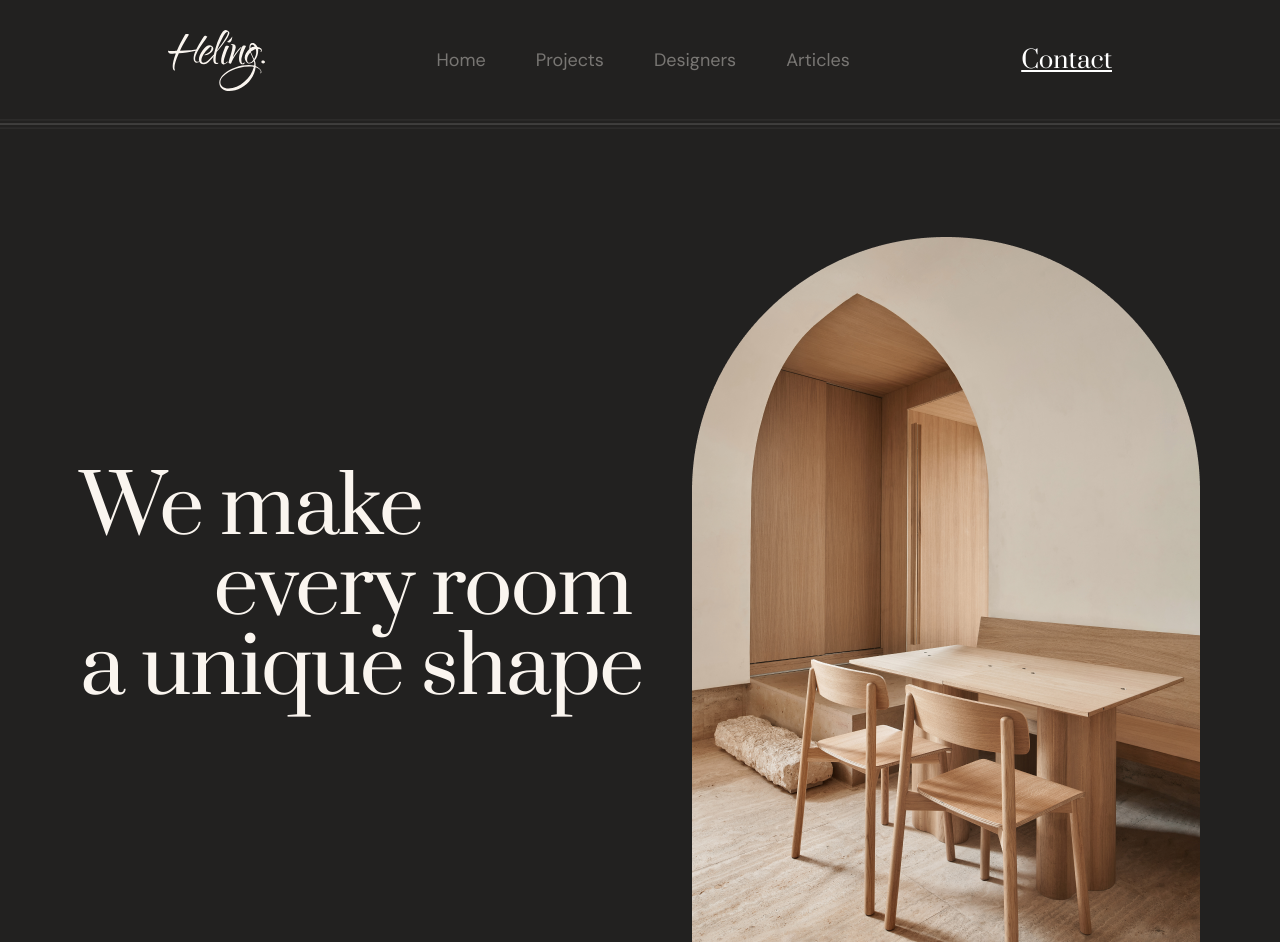
Repository: vandangnhathung/healingui_website
Page: /
These files come from the project's save history. The page is drawn as it stood at one moment and after a run of saves; the edit follows.
The browser window is 1280 px wide. The pictures show the whole page.
The project was rebuilt for these pictures with package versions that can differ from the ones it lists, and the page was loaded fresh each time.

Above is the page before, as saved 2022-03-16 13:32:13.

### src/App.js
import "./App.css";
import Container from "./components/Container/Container";
import Header from "./components/Header/Header";
function App() {
  return (
    <div className="max-w-[1600px]">
      <Header></Header>
      <Container></Container>
    </div>
  );
}

export default App;

### src/App.css
.App {
  text-align: center;
}

.App-logo {
  height: 40vmin;
  pointer-events: none;
}

@media (prefers-reduced-motion: no-preference) {
  .App-logo {
    animation: App-logo-spin infinite 20s linear;
  }
}

.App-header {
  background-color: #282c34;
  min-height: 100vh;
  display: flex;
  flex-direction: column;
  align-items: center;
  justify-content: center;
  font-size: calc(10px + 2vmin);
  color: white;
}

.App-link {
  color: #61dafb;
}

@keyframes App-logo-spin {
  from {
    transform: rotate(0deg);
  }
  to {
    transform: rotate(360deg);
  }
}

*,
*::before,
*::after {
  box-sizing: border-box;
}
* {
  margin: 0;
}

html,
body {
  height: 100%;
}
body {
  line-height: 1.5;
  -webkit-font-smoothing: antialiased;
  -webkit-tap-highlight-color: rgba(0, 0, 0, 0);
}

img,
picture,
video,
canvas,
svg {
  display: block;
  max-width: 100%;
}
input,
button,
textarea,
select {
  font: inherit;
  outline: none;
  border: none;
}
p,
h1,
h2,
h3,
h4,
h5,
h6 {
  overflow-wrap: break-word;
}

### src/components/Container/Container.js
import React from "react";
import styled from "styled-components";
import Image1 from "../../Images/Image1.png";
const Container = () => {
  const StyledContainer = styled.div`
    background-color: #222120;
    @import url("https://fonts.googleapis.com/css2?family=DM+Sans:wght@400;500;700&display=swap");
    font-family: "DM Sans", sans-serif;
    @import url("https://fonts.googleapis.com/css2?family=Prata&display=swap");
  `;
  const Container = styled.div`
    padding: 108px 80px 0;
    display: flex;
    align-items: center;
    justify-content: space-between;
    gap: 32px;
  `;
  const Slogan = styled.h2`
    letter-spacing: -0.02em;
    font-size: 80px;
    line-height: 1;
    font-family: "Prata", serif;
    color: #faf5ef;
    max-width: 725px;
    font-weight: 400;
  `;
  const Image1Div = styled.img`
    width: auto;
    height: auto;
  `;
  return (
    <StyledContainer>
      <Container>
        <div>
          <Slogan>
            We make <span className="opacity-0"></span>
            <div className="ml-[8.35rem]">every room</div>
            <span className=""></span> a unique shape
          </Slogan>
        </div>
        <div>
          <Image1Div src={Image1} alt="" />
        </div>
      </Container>
    </StyledContainer>
  );
};

export default Container;

### src/components/Header/Header.js
import React from "react";
import styled from "styled-components";
import headerLine from "../../Images/header-line.png";
const Header = () => {
  const StyledHeader = styled.div`
    background-color: #222120;
    @import url("https://fonts.googleapis.com/css2?family=DM+Sans:wght@400;500;700&display=swap");
    font-family: "DM Sans", sans-serif;
    @import url("https://fonts.googleapis.com/css2?family=Prata&display=swap");
  `;
  const Header = styled.div`
    display: flex;
    justify-content: space-between;
    align-items: center;
    padding: 30px 168px 28px;
  `;
  const ListNav = styled.ul`
    color: #faf5ef;
    opacity: 0.4;
    font-weight: 400;
    font-size: 18px;
    line-height: 0.6;
    display: flex;
    align-items: center;
    list-style: none;
    gap: 0 50px;
  `;
  const ItemNav = styled.li`
    cursor: pointer;
  `;
  const ContactDiv = styled.h3`
    font-family: "Prata", serif;
  `;
  return (
    <StyledHeader>
      <Header>
        <div>
          <svg
            width="97"
            height="61"
            viewBox="0 0 97 61"
            fill="none"
            xmlns="http://www.w3.org/2000/svg"
          >
            <path
              d="M0.241098 20.6943L1.38631 20.9951C5.56534 20.9951 8.05669 20.9349 8.86035 20.8146C11.1106 15.6009 13.8832 10.1667 17.1782 4.51183C17.4595 4.23109 18.1426 4.09073 19.2276 4.09073C20.3125 4.09073 20.855 4.35141 20.855 4.87278L17.9618 9.50493C15.5508 13.5957 13.5618 17.3254 11.9946 20.6943L21.9399 20.213C23.4267 20.1328 25.5162 19.8922 28.2085 19.4911C29.856 16.2827 31.6039 13.2147 33.4523 10.287C35.3008 7.3192 36.4661 5.8353 36.9483 5.8353C37.4305 5.8353 37.9327 5.95562 38.4551 6.19625C39.0177 6.39678 39.299 6.61736 39.299 6.85799C38.8569 7.45956 38.3547 8.14135 37.7921 8.90335C37.2697 9.66535 36.7272 10.4274 36.1647 11.1893C30.1372 19.2104 27.1235 25.1861 27.1235 29.1164C27.1235 30.9211 27.8468 31.8235 29.2934 31.8235L31.3427 31.5227C31.4633 31.5227 31.5236 31.5628 31.5236 31.643C31.5236 31.8435 31.1619 32.0641 30.4386 32.3047C29.7153 32.5855 29.1528 32.7258 28.7509 32.7258C27.8267 32.7258 27.0632 32.3248 26.4605 31.5227C25.8979 30.7206 25.6167 29.7179 25.6167 28.5148C25.6167 26.2288 26.2998 23.6621 27.666 20.8146C21.1563 22.3787 15.5508 23.1607 10.8494 23.1607C7.91605 29.6177 6.44937 34.4303 6.44937 37.5986C6.44937 38.5611 6.56992 39.263 6.81102 39.7041C7.05211 40.1453 7.17266 40.406 7.17266 40.4862C7.17266 40.5664 7.07221 40.6065 6.87129 40.6065C5.4247 40.6065 4.70141 39.1026 4.70141 36.0947C4.70141 33.0868 5.74617 28.8757 7.83568 23.4615C5.50507 23.622 3.87766 23.7022 2.95345 23.7022C0.984483 23.7022 0 22.7597 0 20.8748C0 20.7544 0.0803659 20.6943 0.241098 20.6943Z"
              fill="#FAF5EF"
            />
            <path
              d="M46.2833 24.1834C46.5244 24.1834 46.6449 24.2837 46.6449 24.4842C46.6449 24.6446 46.6047 24.8051 46.5244 24.9655C42.3052 31.1016 38.8092 34.1696 36.0366 34.1696C32.6211 34.1696 30.9133 32.5855 30.9133 29.4172C30.9133 26.9707 32.1188 24.003 34.5297 20.5138C36.9809 17.0247 39.3517 15.2801 41.6421 15.2801C42.6065 15.2801 43.4504 15.6009 44.1737 16.2426C44.9371 16.8442 45.3189 17.5861 45.3189 18.4684C45.3189 19.9924 44.3746 21.4964 42.486 22.9803C40.5974 24.4642 38.7691 25.2061 37.001 25.2061C36.6394 25.2061 36.4585 25.1259 36.4585 24.9655L36.6394 24.6647C41.2604 23.2209 43.5709 20.8547 43.5709 17.5661C43.5709 17.0848 43.4102 16.8442 43.0887 16.8442C42.6065 16.8442 41.8029 17.3054 40.6777 18.2278C38.7088 19.832 37.001 21.8373 35.5544 24.2436C34.1078 26.6499 33.3845 28.6752 33.3845 30.3195C33.3845 31.9638 34.0074 32.786 35.253 32.786C36.6594 32.786 38.2467 32.044 40.0147 30.5602C41.1398 29.5174 42.4458 28.1939 43.9326 26.5897C45.4595 24.9855 46.2431 24.1834 46.2833 24.1834Z"
              fill="#FAF5EF"
            />
            <path
              d="M49.0196 33.0868L49.984 32.786C50.1849 32.786 50.2854 32.8863 50.2854 33.0868C50.2854 33.7285 49.5822 34.0493 48.1758 34.0493C46.247 34.0493 45.2826 32.4451 45.2826 29.2367C45.2826 27.1111 45.9255 23.7423 47.2114 19.1302C48.4973 14.478 50.1247 10.1266 52.0936 6.07593C54.0626 2.02531 55.8307 0 57.3978 0C58.2818 0 59.1658 0.300787 60.0499 0.902364C60.9339 1.46384 61.3759 2.08547 61.3759 2.76726C61.3759 5.65483 57.1165 12.0717 48.5977 22.0177C47.9146 24.9855 47.573 27.5723 47.573 29.7781C47.573 31.9839 48.0552 33.0868 49.0196 33.0868ZM59.9293 2.58678C59.9293 2.10552 59.7887 1.86489 59.5074 1.86489C58.3019 1.86489 56.5539 4.01052 54.2635 8.30177C51.9731 12.5529 50.2251 16.6035 49.0196 20.4536C56.2928 10.9487 59.9293 4.9931 59.9293 2.58678Z"
              fill="#FAF5EF"
            />
            <path
              d="M64.165 6.73767C64.2454 6.73767 64.2856 6.83793 64.2856 7.03846L63.9842 8.78304C63.3814 11.2696 62.4572 12.5128 61.2116 12.5128C60.2873 12.5128 59.5641 12.2722 59.0417 11.7909C60.5686 10.7482 62.2764 9.06377 64.165 6.73767ZM61.0307 16.6035C59.7851 18.7291 58.5997 21.4362 57.4745 24.7248C56.3494 27.9734 55.7869 30.2193 55.7869 31.4625C55.7869 32.7058 56.048 33.3274 56.5704 33.3274C56.9321 33.3274 57.3942 33.1068 57.9567 32.6657C58.5193 32.2245 58.8609 31.9438 58.9814 31.8235C59.102 31.7032 59.2426 31.5828 59.4033 31.4625C59.5641 31.4625 59.6444 31.5427 59.6444 31.7032C59.6444 32.1844 59.0618 32.7459 57.8965 33.3876C56.7713 34.0694 55.9476 34.4103 55.4252 34.4103C53.8983 34.4103 53.1348 33.3074 53.1348 31.1016C53.1348 27.8129 54.3403 23.4214 56.7512 17.927C56.7512 17.7666 56.8517 17.4658 57.0526 17.0247C57.2937 16.5835 57.4745 16.3028 57.5951 16.1824C57.8764 15.9017 58.2581 15.7613 58.7403 15.7613C60.1467 15.7613 60.9102 16.0421 61.0307 16.6035Z"
              fill="#FAF5EF"
            />
            <path
              d="M78.0084 16.3629C78.0084 16.2025 77.9079 16.3028 77.707 16.6637C76.5819 18.7091 75.5773 21.1755 74.6933 24.0631C73.8092 26.9507 73.3672 28.8356 73.3672 29.7179C73.3672 32.1644 73.8092 33.3876 74.6933 33.3876C74.9745 33.3876 75.3362 33.187 75.7782 32.786C76.2604 32.425 76.4613 32.2446 76.381 32.2446C76.5015 32.2446 76.5618 32.405 76.5618 32.7258C76.5618 33.7686 75.959 34.2899 74.7535 34.2899C73.548 34.2899 72.6238 33.7485 71.9809 32.6657C71.338 31.6229 71.0165 30.119 71.0165 28.1538C71.0165 26.1887 71.5389 23.6019 72.5837 20.3935C73.6284 17.145 74.633 15.5207 75.5974 15.5207H75.8988C77.3052 15.5207 78.0084 15.8014 78.0084 16.3629ZM73.307 16.9645C73.3471 17.0046 73.3672 17.0848 73.3672 17.2051C73.3672 17.2853 73.2065 17.526 72.885 17.927C68.5453 23.1808 65.5315 27.6726 63.8439 31.4024L63.3014 32.9665C63.0603 33.4076 62.7589 33.6282 62.3973 33.6282C62.0356 33.6282 61.6338 33.5279 61.1918 33.3274C60.7498 33.1269 60.5288 32.8863 60.5288 32.6055C60.5288 31.9237 61.1918 29.5174 62.5178 25.3866C63.8439 21.2156 64.5069 18.0874 64.5069 16.002C64.5069 15.4405 64.3662 15.0996 64.085 14.9793C63.8037 14.859 63.5224 14.8189 63.2411 14.859C62.9598 14.859 62.8192 14.7587 62.8192 14.5582C62.8192 14.1972 63.1206 14.0168 63.7233 14.0168C66.4156 14.0168 67.7617 15.1197 67.7617 17.3254C67.7617 18.1676 66.7973 21.4362 64.8685 27.1312C66.6366 24.3639 68.3444 21.9776 69.9919 19.9724C71.6394 17.9671 72.7444 16.9645 73.307 16.9645Z"
              fill="#FAF5EF"
            />
            <path
              d="M86.7293 30.3797C87.3321 31.5026 87.6334 33.0066 87.6334 34.8915C87.6334 35.2926 87.6134 35.6736 87.5732 36.0345C89.2207 36.7163 90.5869 37.5986 91.6718 38.6815C92.797 39.7643 93.3595 40.787 93.3595 41.7495C93.3595 42.7521 93.1184 43.2534 92.6362 43.2534C92.5157 43.2534 92.4152 43.1331 92.3349 42.8925C92.6563 42.4513 92.817 42.0302 92.817 41.6292C92.817 40.787 92.2746 39.9448 91.1896 39.1026C90.1047 38.2604 88.9193 37.6387 87.6334 37.2377C87.1512 41.3685 85.6042 45.2587 82.9923 48.9083C80.4206 52.598 77.1658 55.5256 73.2278 57.6913C69.2899 59.8971 65.2515 61 61.1127 61C58.2999 61 55.9692 60.2179 54.1208 58.6538C52.2322 57.0897 51.2879 54.9241 51.2879 52.1568C51.2879 49.4296 52.835 46.6824 55.9291 43.9152C59.0232 41.188 62.8606 39.0223 67.4415 37.4181C71.9822 35.8139 76.4425 35.0118 80.8224 35.0118C82.8718 35.0118 84.6197 35.1923 86.0663 35.5533C86.227 35.072 86.3074 34.6308 86.3074 34.2298C86.3074 32.8662 86.1467 31.9037 85.8252 31.3422C84.2581 32.786 82.8316 33.5079 81.5457 33.5079C80.2599 33.5079 79.1347 32.8863 78.1704 31.643C77.206 30.3997 76.7238 29.0763 76.7238 27.6726C76.7238 24.8652 78.2708 21.9576 81.3649 18.9497C81.3649 16.6637 81.606 15.1197 82.0882 14.3176C82.6106 13.5154 83.5549 13.1144 84.9211 13.1144C86.3275 13.1144 87.8545 14.4379 89.502 17.0848C92.3951 17.6062 93.8417 18.669 93.8417 20.2732C93.8417 20.6341 93.7212 21.0151 93.4801 21.4162C93.2792 21.7771 93.0581 21.9576 92.817 21.9576C92.5759 21.9576 92.4554 21.8774 92.4554 21.717C92.8572 21.4362 93.0581 21.1154 93.0581 20.7544C93.0581 19.5513 92.0938 18.9497 90.165 18.9497C90.2052 19.2705 90.2253 19.6916 90.2253 20.213C90.2253 24.0631 89.0599 27.452 86.7293 30.3797ZM86.6691 16.784C86.1065 15.4605 85.2627 14.7988 84.1375 14.7988C83.0124 14.7988 82.4498 15.8817 82.4498 18.0473V18.1075C83.7759 17.2252 85.0216 16.784 86.1869 16.784H86.6691ZM88.2362 22.0177C88.2362 20.8948 88.0554 19.8922 87.6937 19.0099C87.0106 19.2505 86.0261 19.7117 84.7403 20.3935C83.4946 21.0352 82.8718 21.4964 82.8718 21.7771C82.8718 22.098 83.9366 24.4842 86.0663 28.9359C87.5129 26.8504 88.2362 24.5444 88.2362 22.0177ZM79.0745 29.6578C79.0745 31.7433 79.8781 32.786 81.4854 32.786C82.8918 32.786 84.2179 31.8034 85.4636 29.8383L82.3293 22.3787C81.4854 23.2209 80.722 24.3639 80.0389 25.8077C79.3959 27.2515 79.0745 28.5348 79.0745 29.6578ZM81.8471 36.5759C78.0297 36.5759 74.2726 37.0572 70.5758 38.0197C66.8789 39.0224 63.7246 40.2656 61.1127 41.7495C58.5008 43.2735 56.3912 44.9379 54.7838 46.7426C53.1765 48.5473 52.3729 50.3721 52.3729 52.217C52.3729 54.1019 53.0962 55.6058 54.5428 56.7288C55.9492 57.8918 57.9382 58.4734 60.5099 58.4734C66.0552 58.4734 71.3192 56.2676 76.3018 51.856C81.2443 47.4845 84.4188 42.4914 85.8252 36.8767C84.8608 36.6762 83.5348 36.5759 81.8471 36.5759Z"
              fill="#FAF5EF"
            />
            <path
              d="M95.1315 30.5C95.6137 30.5 96.0356 30.6604 96.3973 30.9813C96.7991 31.262 97 31.5828 97 31.9438C97 32.3448 96.7991 32.6857 96.3973 32.9665C96.0356 33.2472 95.674 33.3876 95.3123 33.3876C94.0265 33.3876 93.3835 32.8462 93.3835 31.7633C93.3835 30.9211 93.9662 30.5 95.1315 30.5Z"
              fill="#FAF5EF"
            />
          </svg>
        </div>
        <ListNav>
          <ItemNav>Home</ItemNav>
          <ItemNav>Projects</ItemNav>
          <ItemNav>Designers</ItemNav>
          <ItemNav>Articles</ItemNav>
        </ListNav>
        <ContactDiv className="text-2xl leading-7 text-white underline">
          Contact
        </ContactDiv>
      </Header>
      <img src={headerLine} alt="" />
    </StyledHeader>
  );
};

export default Header;

Loaded but not shown: public/index.html (common file); src/index.js (common file); src/index.css (common file); src/reportWebVitals.js (common file); tailwind.config.js (common file)

After the next 2 saves:
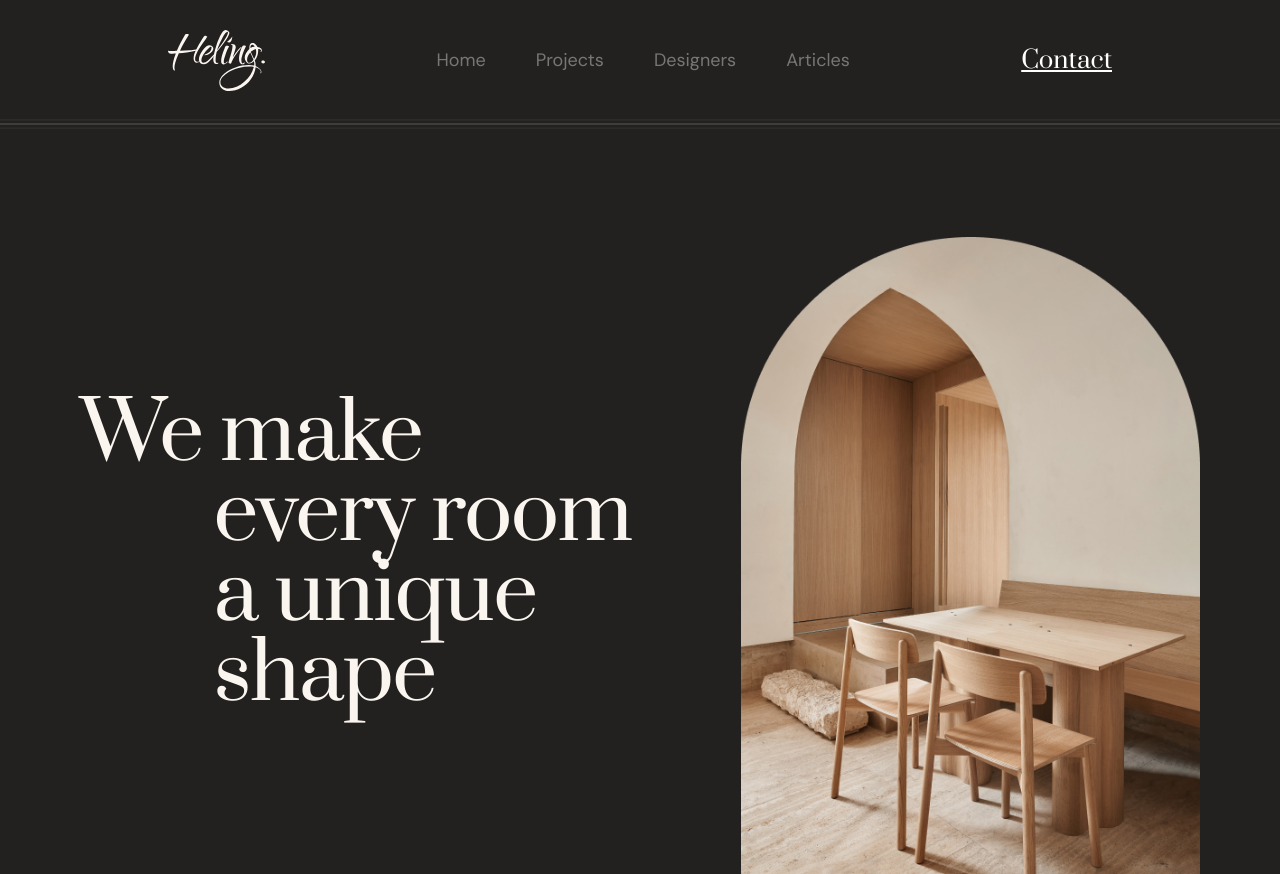
The 2 saves are shown as one change because they came seconds apart.
The last was saved 16 s later.
--- a/src/components/Container/Container.js
+++ b/src/components/Container/Container.js
@@ -35,7 +35,7 @@ const Container = () => {
           <Slogan>
             We make <span className="opacity-0"></span>
             <div className="ml-[8.35rem]">every room</div>
-            <span className=""></span> a unique shape
+            <div className="ml-[8.35rem]">a unique shape</div>
           </Slogan>
         </div>
         <div>
